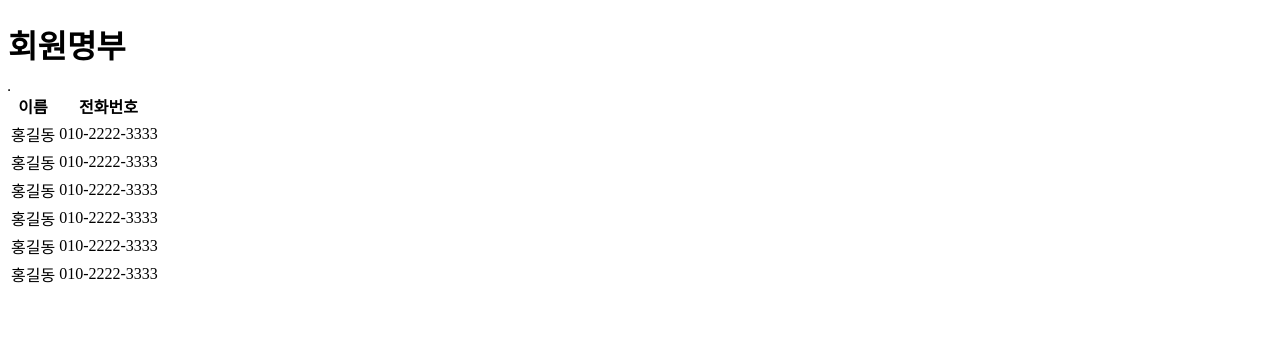
Repository: Jooheehan-kopo/web-workspace
Page: Lecture-web/WebContent/Jquery/exam04.html
These files come from the project's save history. The page is drawn as it stood at one moment and after the next save; the edit follows.
The browser window is 1280 px wide. The pictures show the whole page.

Above is the page before, as saved 2021-06-17 00:31:49.

After the next save:
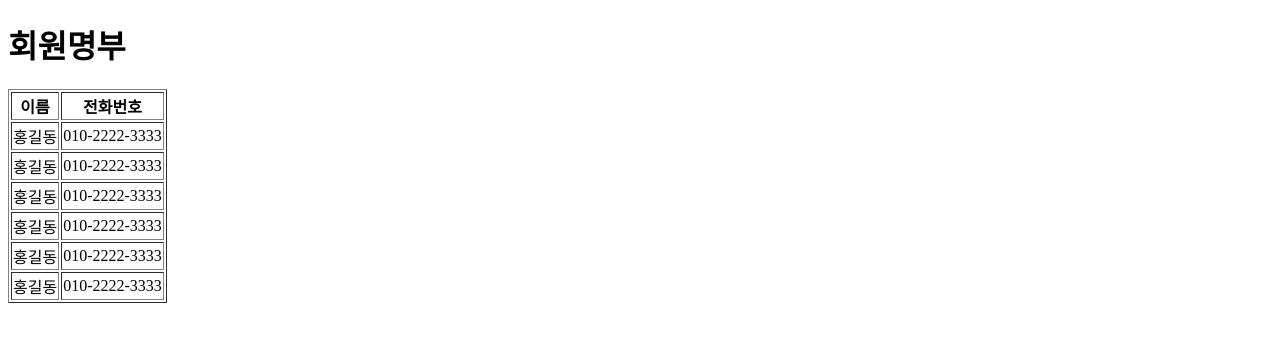
Saved 13 s later.
--- a/Lecture-web/WebContent/Jquery/exam04.html
+++ b/Lecture-web/WebContent/Jquery/exam04.html
@@ -14,8 +14,8 @@
 </head>
 <body>
 	<h1>회원명부</h1>
-		<table border="1">
-	<table>
+	<table border="1">
+
 		<tr>
 			<th>이름</th>
 			<th>전화번호</th>
